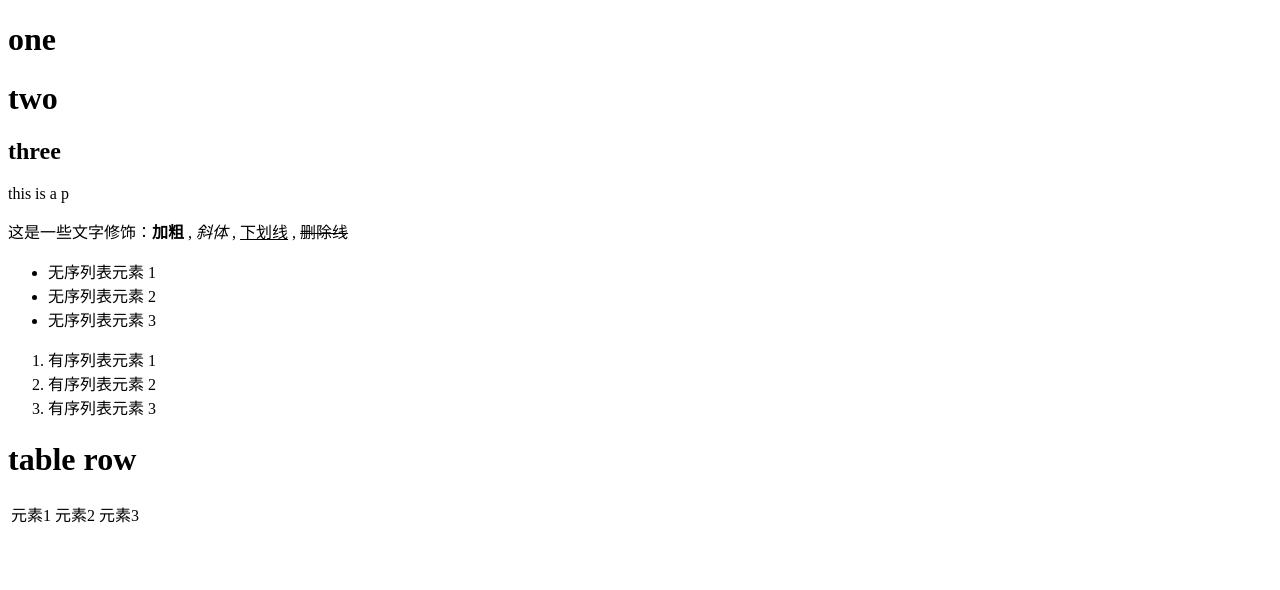
Repository: supercubes/Web
Page: first.html
An editor plug-in stored every save of this project. The page is shown before and after the next save, followed by the edit.
The browser window is 1280 px wide. The pictures show the whole page.

Above is the page before, as saved 2025-03-21 20:17:33.

### first.html
<!DOCTYPE html>
<html lang="en">
<head>
    <meta charset="UTF-8">
    <meta http-equiv="X-UA-Compatible" content="IE=Edge">
    <meta name="viewport" content="width=device-width,initial-scale=1.0">
    <title>document</title>
</head>
<body>
    <h1>one</h1>
    <h1>two</h1>
    <h2>three</h2>
    <p>this is a p </p>
    <p>
        这是一些文字修饰：<b>加粗</b> , <i>斜体</i> , <u>下划线</u> , <s>删除线</s>
    </p>
<ul>
    <li>无序列表元素 1</li>
    <li>无序列表元素 2</li>
    <li>无序列表元素 3</li>
</ul>
<ol>
    <li>有序列表元素 1</li>
    <li>有序列表元素 2</li>
    <li>有序列表元素 3</li>
</ol>
<h1>table row</h1>
<table>
    <tr>
        <td>元素1</td>
        <td>元素2</td>
        <td>元素3</td>
    </tr>
</table>

</body>
</html>

After the next save:
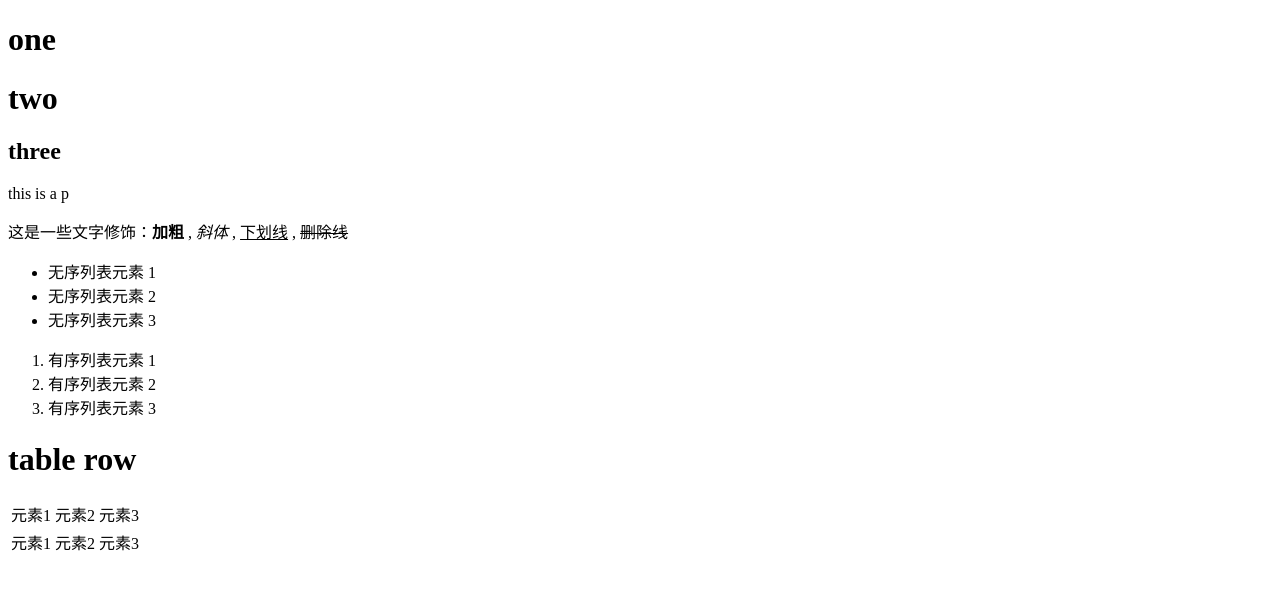
Saved 67 s later.
--- a/first.html
+++ b/first.html
@@ -31,6 +31,11 @@
         <td>元素2</td>
         <td>元素3</td>
     </tr>
+    <tr>
+        <td>元素1</td>
+        <td>元素2</td>
+        <td>元素3</td>
+    </tr>
 </table>
 
 </body>
